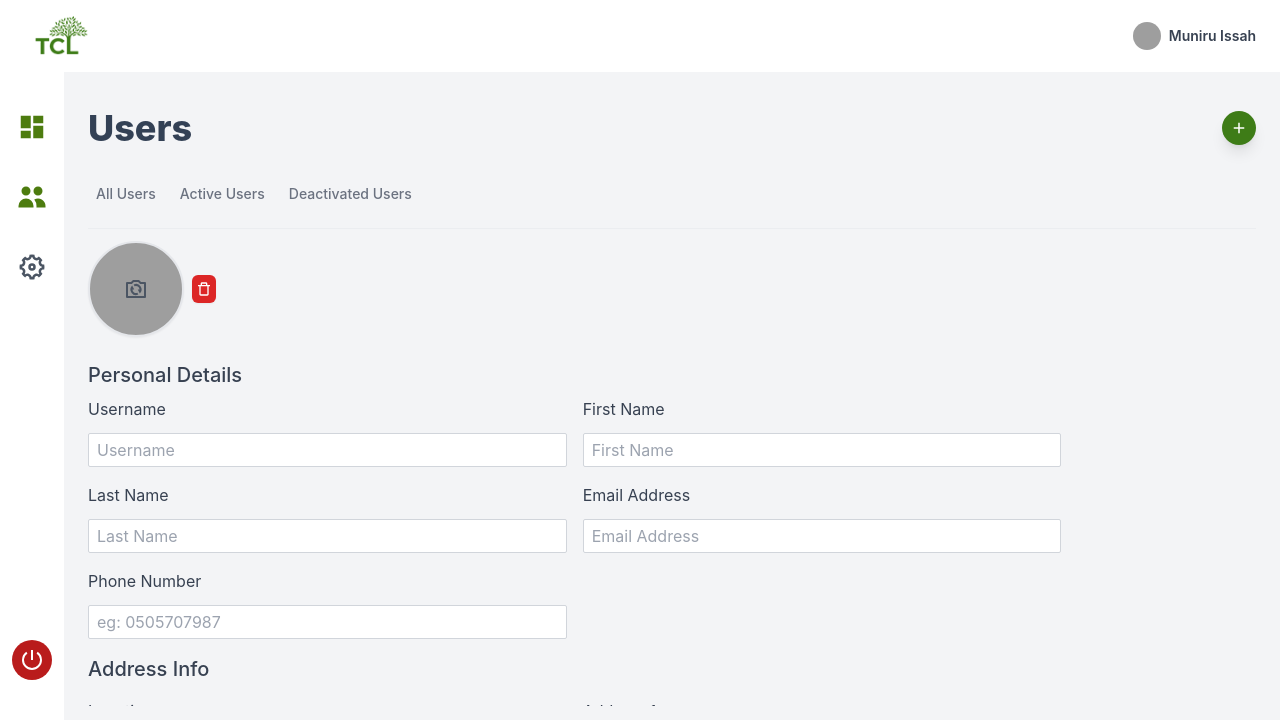
Repository: issah-gaisie/timber
Page: /dashboard/users/add
These files come from the project's save history. The page is drawn as it stood at one moment and after the next save; the edit follows.
The browser window is 1280 px wide. The pictures show the whole page.
Pictures or frames that could not be fetched are drawn as grey boxes. An inner scrolling area shows only its first screen. The project was rebuilt for these pictures with package versions that can differ from the ones it lists, and the page was loaded fresh each time. Also part of the build but not shown: src/App.css, src/components/Login.js, src/components/Auth.js, src/components/ResetPassword/PasswordReset.js, src/components/ResetPassword/PasswordResetSent.js, src/components/Dashboard/sub-components/ProfilePopup.js, src/components/PrivateRoute.js, src/components/Dashboard/DashboardMain.js and 8 more.

Above is the page before, as saved 2022-03-12 20:34:32.

After the next save:
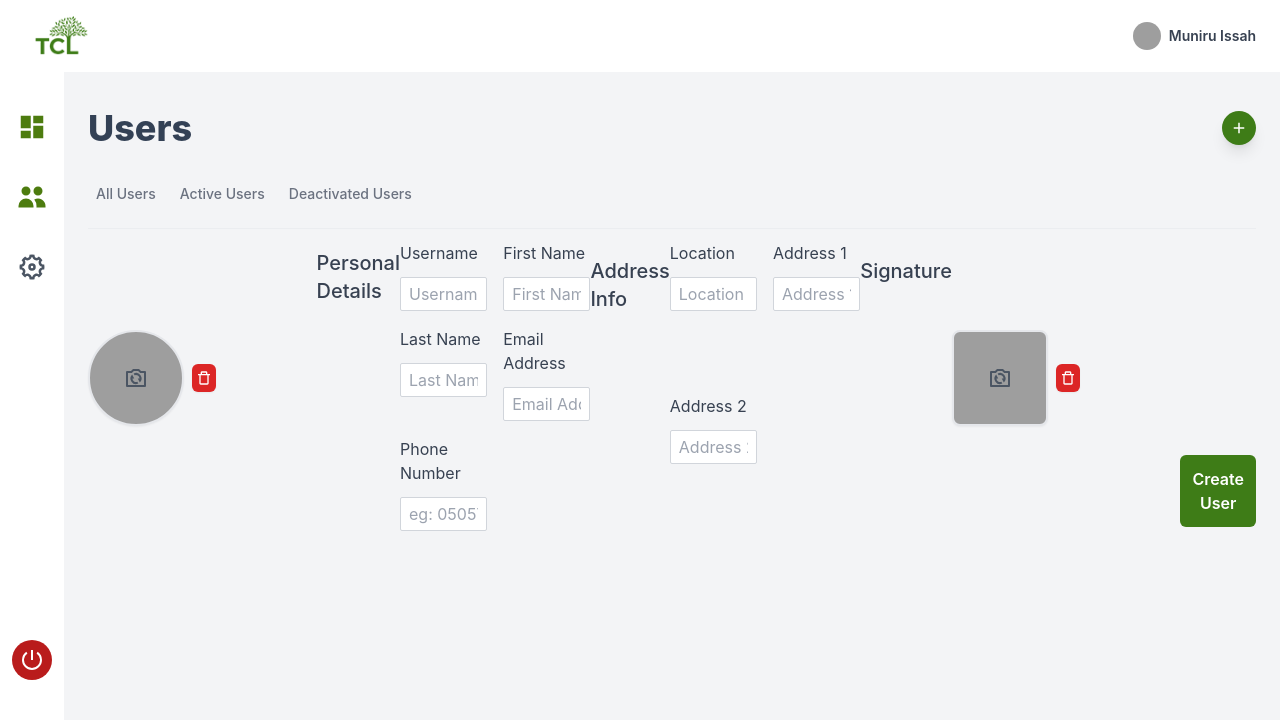
Saved 25 s later.
--- a/src/components/Dashboard/Users/AddANewUser.js
+++ b/src/components/Dashboard/Users/AddANewUser.js
@@ -43,7 +43,7 @@ const AddANewUser = () => {
     });
   };
   return (
-    <form className="w-full" onSubmit={handleSubmit}>
+    <form className="w-full flex" onSubmit={handleSubmit}>
       <ProfileImageSection />
       <h2 className=" text-xl font-medium text-gray-700 my-2">
         Personal Details
